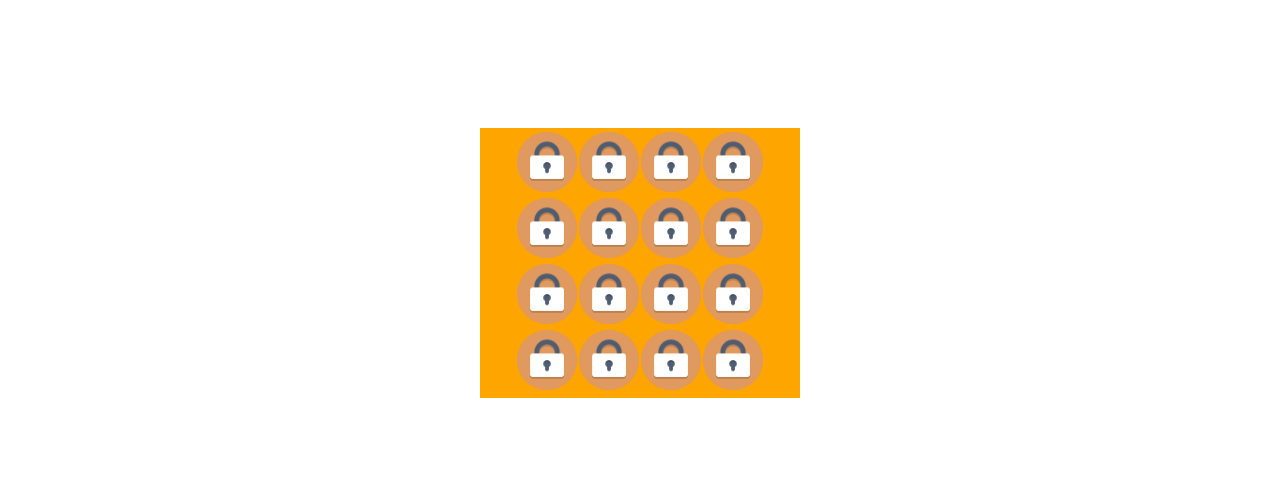
Repository: jb223cp/1dv403-laborationer
Page: 3-gameon/memory/index.html
The author's editor kept a record of every edit. The page is drawn from the files as they stood at one moment, then again after the next edit.
The browser window is 1280 px wide. The pictures show the whole page.

Above is the page before.

### 3-gameon/memory/index.html
<!DOCTYPE html>
<html lang="sv">
<head>
	<meta charset="UTF-8" />
	<link href='//fonts.googleapis.com/css?family=Bangers' rel='stylesheet' type='text/css'>
	<link rel="stylesheet" href="css/main.css" media="only screen and (min-width:768px)" />
	      <script src="script/random.js"></script>
    	  <script src="script/memory.js"></script>
 	<title>Memory</title>

</head>
    <body>
        <section id="container">
            <table id="board">

            </table>
        </section>
    </body>
</html>

### 3-gameon/memory/css/main.css
html, body, div, span, applet, object, iframe,
p, blockquote, pre,
a, abbr, acronym, address, big, cite, code,
del, dfn, em, img, ins, kbd, q, s, samp,
small, strike, strong, sub, sup, tt, var,
b, u, i, center, ol, ul, li,
fieldset, form, label, legend,
table, caption, tbody, tfoot, thead, tr, th, td,
article, aside, canvas, details, embed,
figure, figcaption, footer, header, hgroup,
menu, nav, output, ruby, section, summary,
time, mark, audio, video {
	margin: 0;
	padding: 0;
	border: 0;
	font-size: 100%;
	font: inherit;
	vertical-align: baseline;
}
/* HTML5 display-role reset for older browsers */

article, aside, details, figcaption, figure,
footer, header, hgroup, menu, nav, section {
	display: block;
}

section{
    width:25%;
    margin-top:10%;
    background-color:orange;
    margin-left:auto;
    margin-right:auto;
}
table{

    margin-left:auto;
    margin-right:auto;
    border-style:solid;
    border-width:2px;
    border-color:orange;
}

td{
    width:60px;
    height:60px;
}
img{
    width:100%;
    height:100%;
}

### 3-gameon/memory/script/random.js
var RandomGenerator = {

	/*
		Denna metod tar antalet rader och columner som inparameter.

		Metoden returnerar en array inneh�llandes utslumpade tal mellan 1 och (rows*cols)/2. Varje tal representeras tv�
		g�nger och motsvarar s�ledes en spelbricka.

		I en 4*4 matris kan Arrayen t.ex. se ut s� h�r:
		[1,2,6,8,6,2,5,3,1,3,7,5,8,4,4,7]

		I en 2*4 matris kan Arrayen t.ex. se ut s� h�r:
		[3,4,4,1,2,1,2,3]
	*/

	getPictureArray: function(rows, cols)
	{
		var numberOfImages = rows*cols;
		var maxImageNumber = numberOfImages/2;

	   	var imgPlace = [];

	   //Utplacering av bilder i Array
	   for(var i=0; i<numberOfImages; i++)
		  imgPlace[i] = 0;

		for(var currentImageNumber=1; currentImageNumber<=maxImageNumber; currentImageNumber++)
		{
			var imageOneOK = false;
			var imageTwoOK = false;

			do
			{
				if(imageOneOK == false)
				{
					var randomOne = Math.floor( (Math.random() * (rows*cols-0) + 0) );

					if( imgPlace[randomOne] == 0 )
					{
						imgPlace[randomOne] = currentImageNumber;
						imageOneOK = true;
					}
				}

				if(imageTwoOK == false)
				{
					var randomTwo = Math.floor( (Math.random() * (rows*cols-0) + 0) );

					if( imgPlace[randomTwo] == 0 )
					{
						imgPlace[randomTwo] = currentImageNumber;
						imageTwoOK = true;
					}
				}
			}
			while(imageOneOK == false || imageTwoOK == false);
		}

		return imgPlace;
	}
}

### 3-gameon/memory/script/memory.js
"use strict";

var Memory = {

    squares:[],
    rows: 4,
    cols: 4,

    init: function(){



       Memory.squares = RandomGenerator.getPictureArray(Memory.rows, Memory.cols);

       console.log(Memory.squares);
       console.log(Memory.squares[0]);
       Memory.renderTable(4,4);

       return false;
    },

    renderTable: function(rows,cols){


        var table=document.getElementById("board");
        var placeHolder=0;


        var tableRow,imgTag,link,tableCol;
        for (var i=0; i<rows; ++i){

            tableRow = document.createElement("tr");
            table.appendChild(tableRow);

               for (var j=0; j<cols;++j){
                   tableCol=document.createElement("td");
                   imgTag =document.createElement("img");
                   link = document.createElement("a");
                   imgTag.setAttribute("src", "pics/0.png");
                   imgTag.setAttribute("alt", "?");
                   link.setAttribute("href", "#");
                   link.setAttribute("class", "link");
                   placeHolder=(((rows*(i+1))-rows)+j);

                   link.setAttribute("id", placeHolder);

                   tableRow.appendChild(tableCol);
                   tableCol.appendChild(link);
                   link.appendChild(imgTag);
               }
        }


        var picNumber=0;
        var unknown;
        var previousPosition;
        var previousNumber;
        var counter=1;
        var flag=true;

        var el=document.body.getElementsByClassName('link');
        for(var c=0;c<el.length;c++) {

               el[c].onclick = function() {

                   unknown=this.id;
                   var isOdd = counter%2;

                   if(unknown===previousPosition && isOdd===0){
                       event.preventDefault();
                   }





                   picNumber=Memory.squares[this.id];

                   var current = document.getElementById(unknown);
                   var previous = document.getElementById(previousPosition);





                       if (isOdd===1){

                           current.firstChild.setAttribute("src", "pics/"+picNumber+".png");
                           /*current.setAttribute("onclick", "return false");*/
                           current.removeAttribute("href");

                       }
                       else{




                                   current.firstChild.setAttribute("src", "pics/"+picNumber+".png");
                                   /*current.setAttribute("onclick", "return false");*/


                                if (previousNumber===picNumber && unknown!=previousPosition){


                                   previous.firstChild.setAttribute("src", "pics/"+picNumber+".png");
                                   previous.setAttribute("onclick", "return false");
                                   current.setAttribute("onclick", "return false");

                                }
                                else{


                                    setTimeout(function () {

                                           current.firstChild.setAttribute("src", "pics/0.png");
                                           previous.firstChild.setAttribute("src", "pics/0.png");
                                           current.removeAttribute("onclick");
                                           previous.removeAttribute("onclick");
                                           previous.setAttribute("href", "#");
                                           /*current.firstChild.setAttribute("onclick", "return false");*/
                                           callback();
                                       }, 1000);

                                }


                       }




                       previousNumber=picNumber;
                       previousPosition=unknown;

                       counter++;
                       var queue=2;
                       queue=counter;


                       return false;

            }
        }

    }

};

window.onload = Memory.init;

After the next edit:
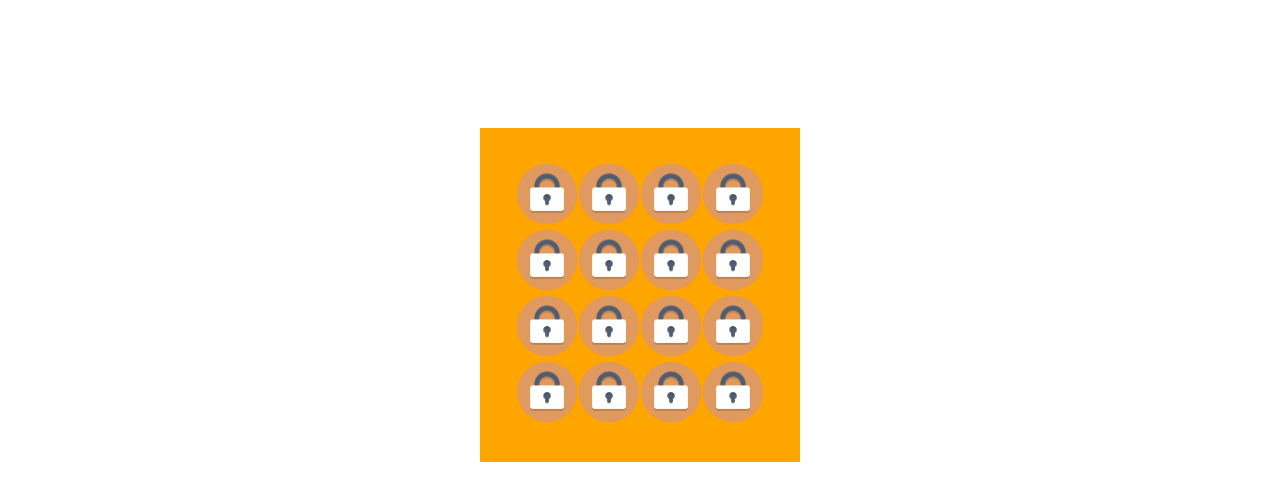
The edit:
--- a/3-gameon/memory/css/main.css
+++ b/3-gameon/memory/css/main.css
@@ -35,6 +35,8 @@
 
     margin-left:auto;
     margin-right:auto;
+    padding-top:10%;
+    padding-bottom:10%;
     border-style:solid;
     border-width:2px;
     border-color:orange;
